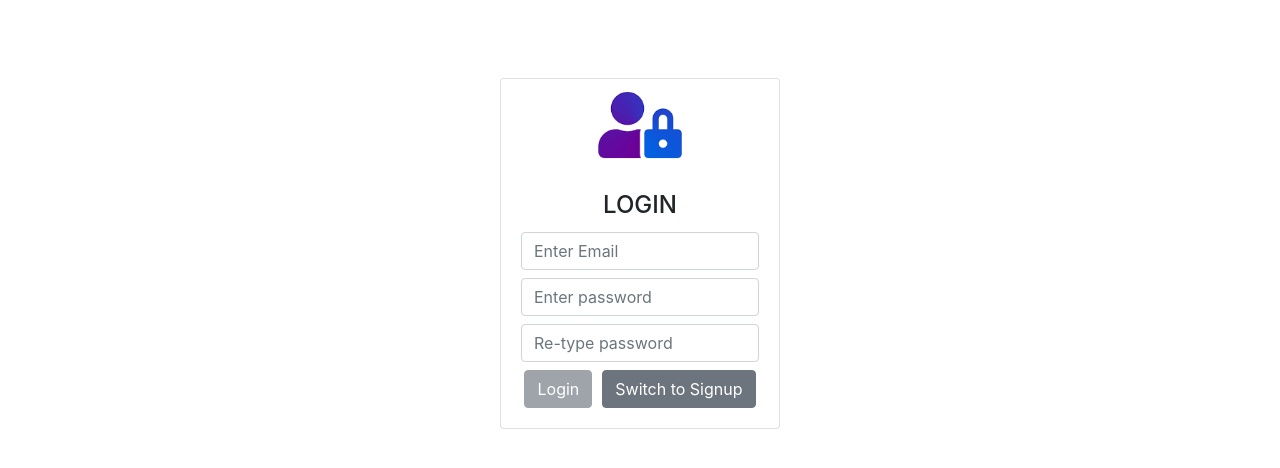
Repository: hosseinemami1370/iranicard
Page: /auth
The author's editor kept a copy of each file at every save. The page is drawn from the files as they stood at one save, then again after the next save.
The browser window is 1280 px wide. The pictures show the whole page.
The project was rebuilt for these pictures with package versions that can differ from the ones it lists, and the page was loaded fresh each time. The framework's server and built-in components were replaced by stand-ins that run in the browser. Also part of the build but not shown: nuxt.config.js, components/Header.vue, components/Logo.vue, components/UI/AppButton.vue, components/navigation/Header.vue, layouts/error.vue, layouts/header.vue.

Above is the page before, as saved 2021-03-15 11:28:12.

After the next save:
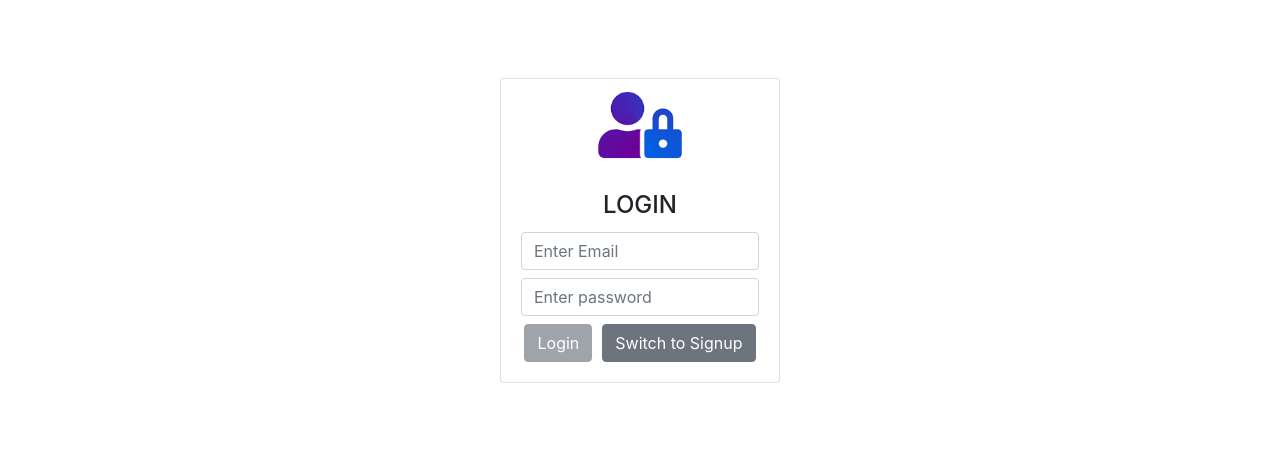
Saved 7 min 35 s later.
--- a/pages/auth/index.vue
+++ b/pages/auth/index.vue
@@ -10,7 +10,7 @@
 
           <b-form-input type="password" class="mt-2" required id="password" v-model="password" placeholder="Enter password">
           </b-form-input>
-          <b-form-input type="password" v-if="isLogin" class="mt-2" required id="password2" v-model="password2" placeholder="Re-type password">
+          <b-form-input type="password" v-if="!isLogin" class="mt-2" required id="password2" v-model="password2" placeholder="Re-type password">
 
           </b-form-input>
           <div class="mt-2">
